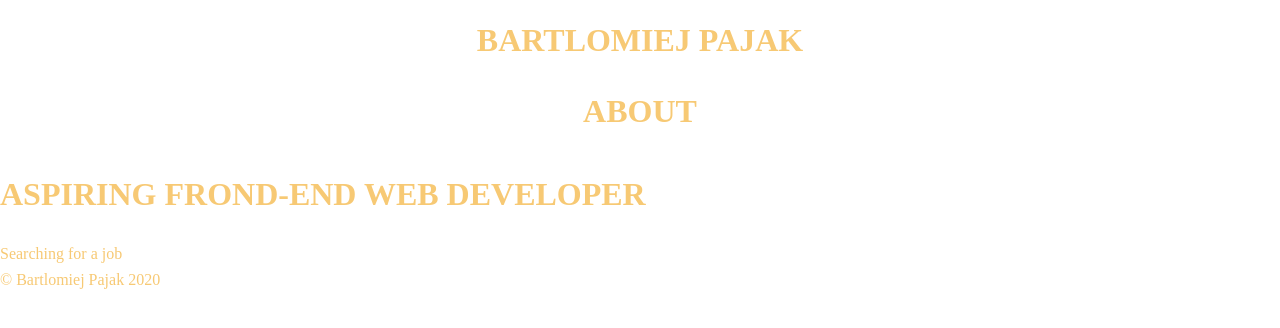
Repository: spidero7/personal-site
Page: index.html
The author's editor kept a copy of each file at every save. The page is drawn from the files as they stood at one save, then again after the next save.
The browser window is 1280 px wide. The pictures show the whole page.
Some web fonts or font styles are not loaded; a fallback is used.

Above is the page before, as saved 2020-04-15 22:20:21.

After the next save:
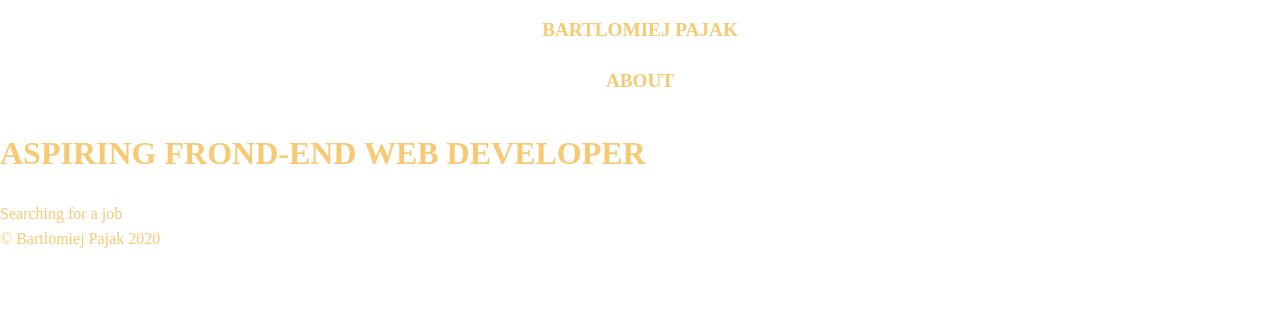
Saved 6 s later.
--- a/css/style.css
+++ b/css/style.css
@@ -44,7 +44,7 @@ a {
     color: #F7C974;
     text-transform: uppercase;
     font-weight: bold;
-    font-size: 2em;
+    font-size: 1.2em;
 }
 
 .main-nav a:hover {
